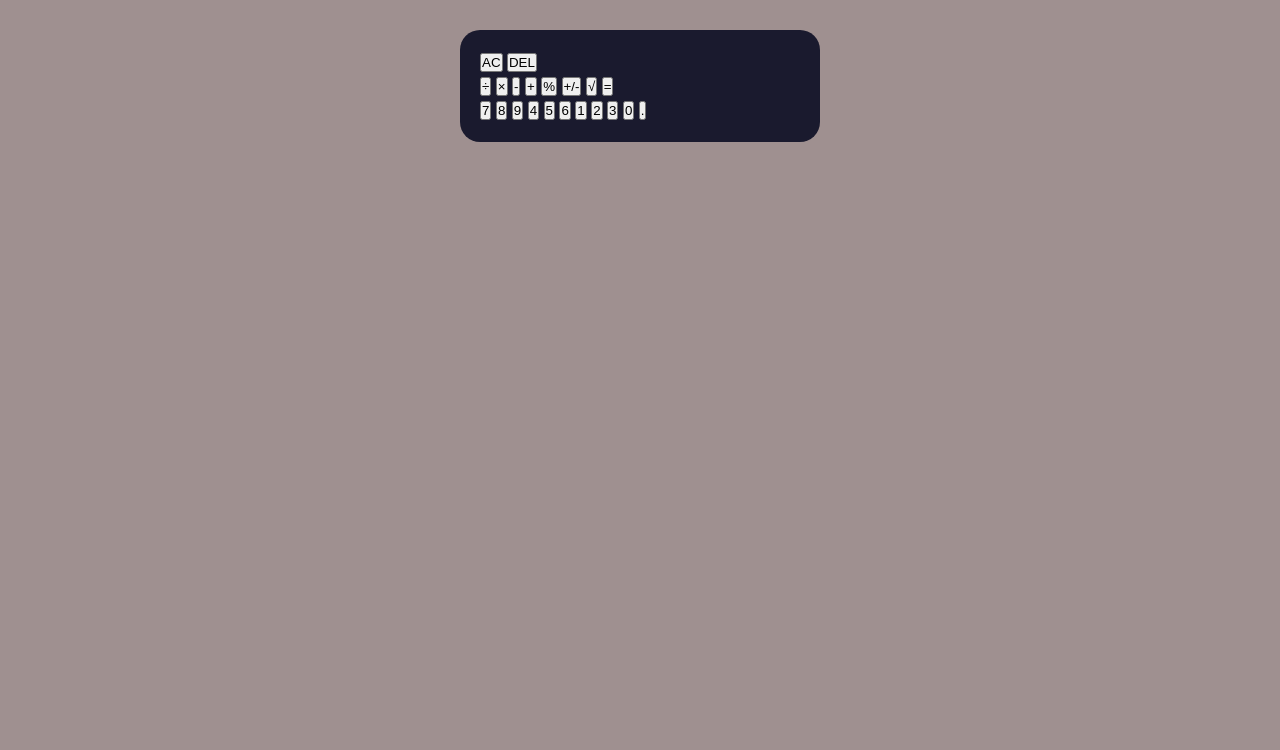
Repository: MikkyPrestige/js-calculator
Page: index.html
An editor plug-in stored every save of this project. The page is shown before and after the next save, followed by the edit.
The browser window is 1280 px wide. The pictures show the whole page.

Above is the page before, as saved 2023-05-08 00:56:14.

### index.html
<!DOCTYPE html>
<html lang="en">

<head>
  <meta charset="UTF-8">
  <meta http-equiv="X-UA-Compatible" content="IE=edge">
  <meta name="viewport" content="width=device-width, initial-scale=1.0">
  <title>JavaScript Calculator</title>
  <link rel="stylesheet" href="./index.css">
  <!-- <script src="script.js" defer></script> -->
</head>

<body>
  <main>
    <section class="caluculator">
      <div class="output">
        <div class="output--curr"></div>
        <div class="output--prev"></div>
      </div>
      <div class="btns">
        <div class="btn--ctrls">
          <button class="btn btn--clear">AC</button>
          <button class="btn btn--del">DEL</button>
        </div>
        <div class="btn--ops">
          <button class="btn btn--op">÷</button>
          <button class="btn btn--op">×</button>
          <button class="btn btn--op">-</button>
          <button class="btn btn--op">+</button>
          <button class="btn btn--op">%</button>
          <button class="btn btn--op">+/-</button>
          <button class="btn btn--op">√</button>
          <button class="btn btn--op">=</button>
        </div>
        <div class="btn--nums">
          <button class="btn btn--num">7</button>
          <button class="btn btn--num">8</button>
          <button class="btn btn--num">9</button>
          <button class="btn btn--num">4</button>
          <button class="btn btn--num">5</button>
          <button class="btn btn--num">6</button>
          <button class="btn btn--num">1</button>
          <button class="btn btn--num">2</button>
          <button class="btn btn--num">3</button>
          <button class="btn btn--num">0</button>
          <button class="btn btn--num">.</button>
        </div>
      </div>
    </section>
  </main>
</body>

</html>

### index.css
*,
*::before,
*::after {
  box-sizing: border-box;
  margin: 0;
  padding: 0;
}

body {
  font-family: 'Fira Sans', sans-serif;
  font-size: 16px;
  font-weight: 400;
  line-height: 1.5;
  background: #9F9090;
  min-height: 100vh;
  width: 100vw;
}

main {
  background: rgba(26, 26, 46, 1);
  width: 100%;
  max-width: 360px;
  height: 100%;
  margin: 30px auto;
  padding: 20px;
  border-radius: 20px;
  -webkit-border-radius: 20px;
  -moz-border-radius: 20px;
  -ms-border-radius: 20px;
  -o-border-radius: 20px;
}

After the next save:
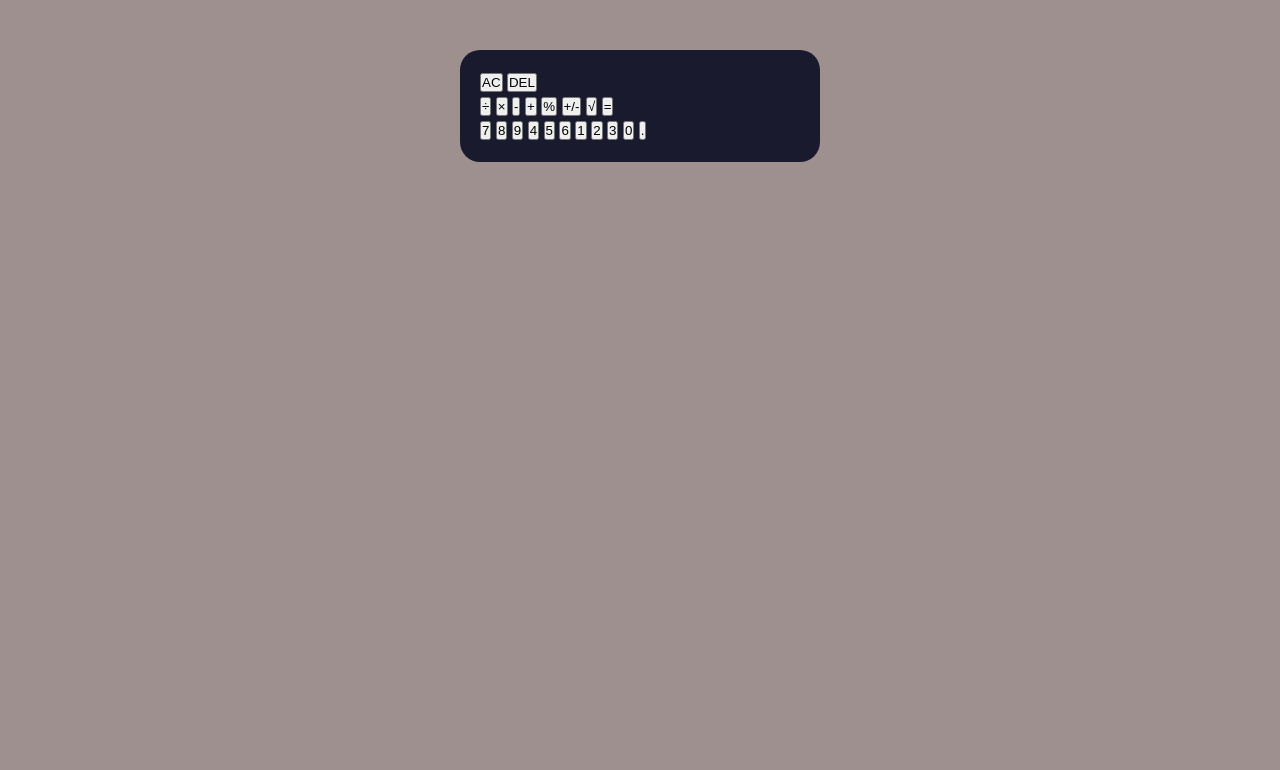
Saved 7 s later.
--- a/index.css
+++ b/index.css
@@ -21,7 +21,7 @@ main {
   width: 100%;
   max-width: 360px;
   height: 100%;
-  margin: 30px auto;
+  margin: 50px auto;
   padding: 20px;
   border-radius: 20px;
   -webkit-border-radius: 20px;
